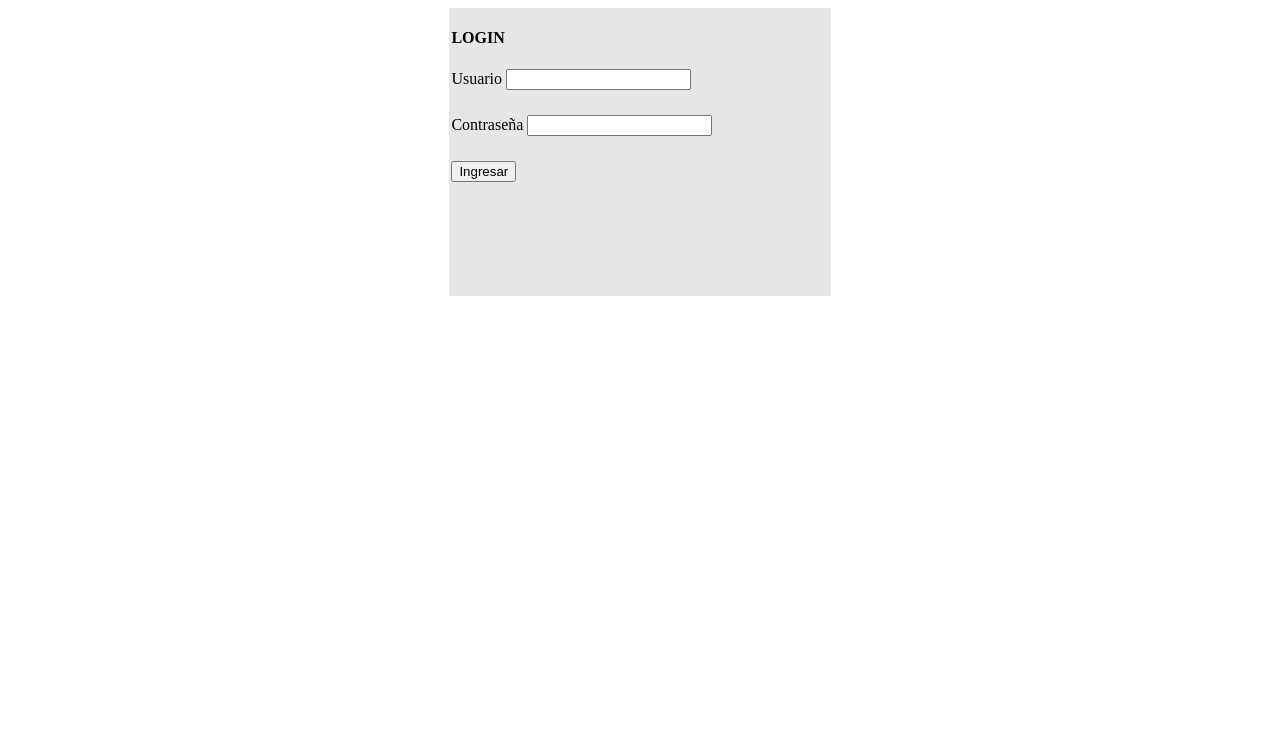
Repository: juanmondragonc/torre-project
Page: http://localhost/torre/login.jsp
An editor plug-in stored every save of this project. The page is shown before and after the next save, followed by the edit.
The browser window is 1280 px wide. The pictures show the whole page.
The page is served by Tomcat 9. Other server files are loaded and not shown.

Above is the page before, as saved 2022-08-10 20:37:40.

### torre/src/main/webapp/login.jsp
<%@ page language="java" contentType="text/html; charset=ISO-8859-1"
    pageEncoding="ISO-8859-1"%>
<!DOCTYPE html>
<html>
<head>
<meta charset="ISO-8859-1">
<link rel="stylesheet" href="css/style.css">
<title>Insert title here</title>
</head>
<body>
	<div class="container">
		<div class="section-login">
			<form method="post" action="login">
				<h4>LOGIN</h4>
				<div class="form-group">
					<label for="username">Usuario</label>
					<input id="username" name="username" type="text"/>
				</div>
				<div class="form-group">
					<label for="password">Contraseña</label>
					<input id="password" name="password" type="password"/>
				</div>
				<input type="submit" value="Ingresar"/>
			</form>
		</div>
	</div>

</body>
</html>

### torre/src/main/webapp/css/style.css
 .container {
 	height: 100vh;
 	width: auto;
 	justify-content: center;
 	display: flex;
 }
 table, th, td {
	border: 1px solid black;
	border-collapse: collapse;
}
.form-group {
 	position: relative;
 	margin-bottom: 25px;
	overflow: hidden;
}
.section-login{
	padding-left: 2px;
	width: 30%;
	height:40%;
	background-color: #e7e6e6;
}

After the next save:
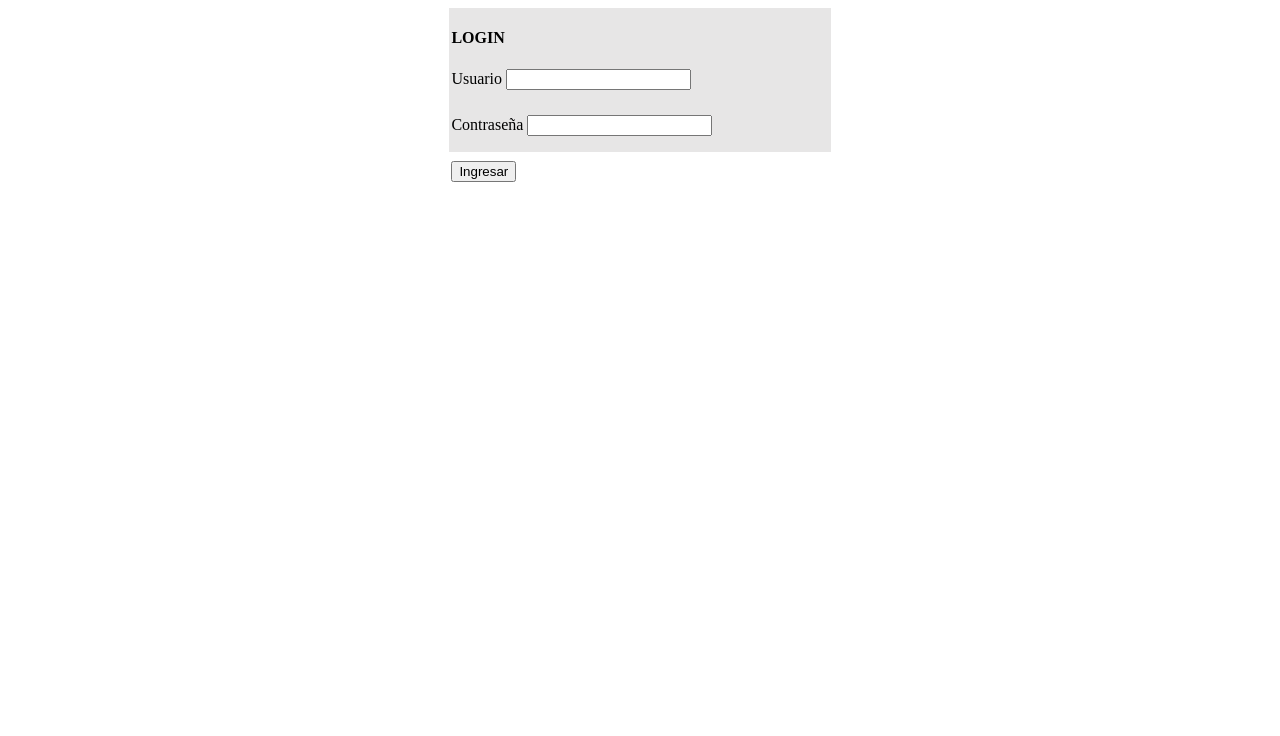
Saved 20 s later.
--- a/torre/src/main/webapp/css/style.css
+++ b/torre/src/main/webapp/css/style.css
@@ -16,6 +16,6 @@
 .section-login{
 	padding-left: 2px;
 	width: 30%;
-	height:40%;
+	height:20vh;
 	background-color: #e7e6e6;
 }
